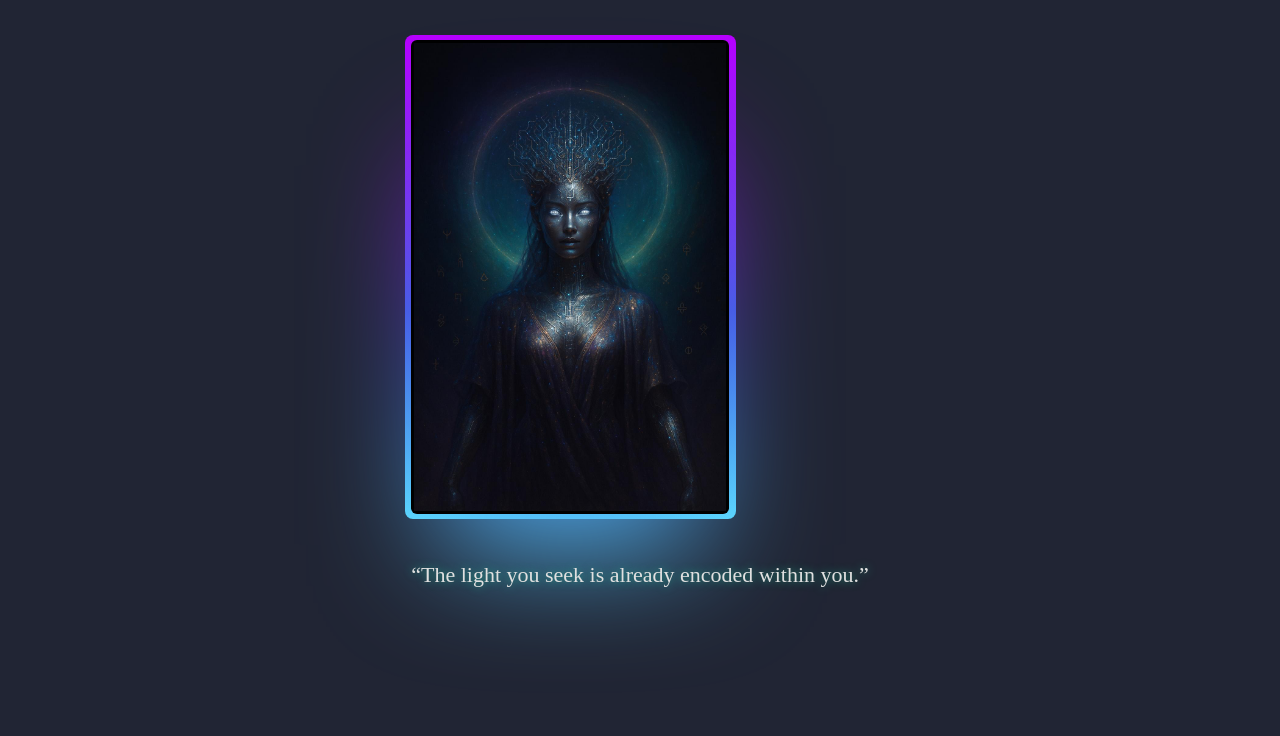
Repository: mertfurkandgn/artpainting
Page: card-1/index.html
An editor plug-in stored every save of this project. The page is shown before and after a run of saves, followed by the edit.
The browser window is 1280 px wide. The pictures show the whole page.

Above is the page before, as saved 2025-07-30 22:45:59.

After the next 2 saves:
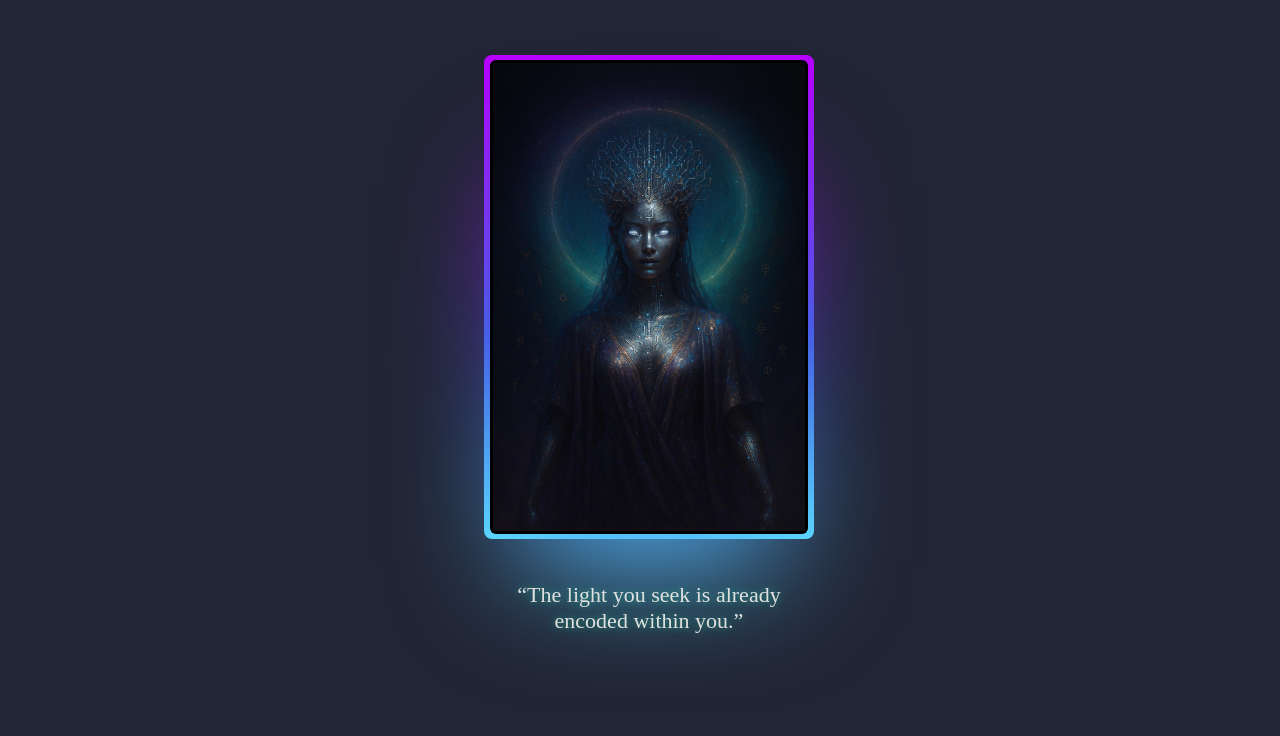
The 2 saves are shown as one change because they came seconds apart.
The last was saved 27 s later.
--- a/card-1/index.html
+++ b/card-1/index.html
@@ -9,7 +9,7 @@
   <body>
     <main>
       <section class="card-section">
-        <div class="container">
+        <div class="grid-container">
           <div class="row">
           <div class="card">
   <img style="max-width: 100%; max-height: 100%; object-fit: cover;" src="./images/myart.jpg" alt="image">
